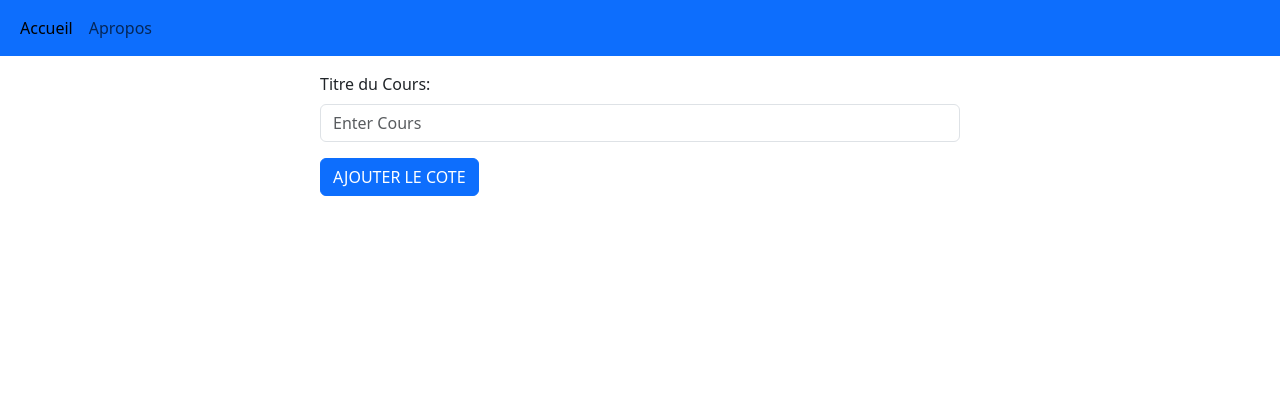
Repository: SKB-TECH/MinProject
Page: IHM/index.html
These files come from the project's save history. The page is drawn as it stood at one moment and after the next save; the edit follows.
The browser window is 1280 px wide. The pictures show the whole page.
Some web libraries are served in a nearby version.

Above is the page before, as saved 2022-09-29 15:07:47.

After the next save:
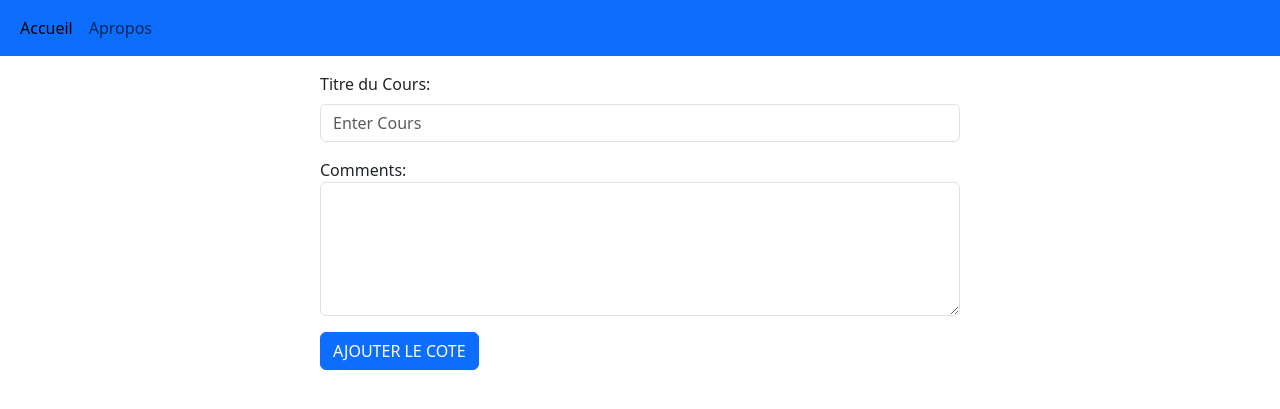
Saved 5 s later.
--- a/IHM/index.html
+++ b/IHM/index.html
@@ -31,7 +31,8 @@
                       <input type="email" class="form-control" id="email" placeholder="Enter Cours" name="email">
                     </div>
                     <div class="mb-3">
-
+                        <label for="comment">Comments:</label>
+                        <textarea class="form-control" rows="5" id="comment" name="text"></textarea>
                     </div>
                     <button type="submit" class="btn btn-primary width:100%">AJOUTER LE COTE</button>
                   </form>
